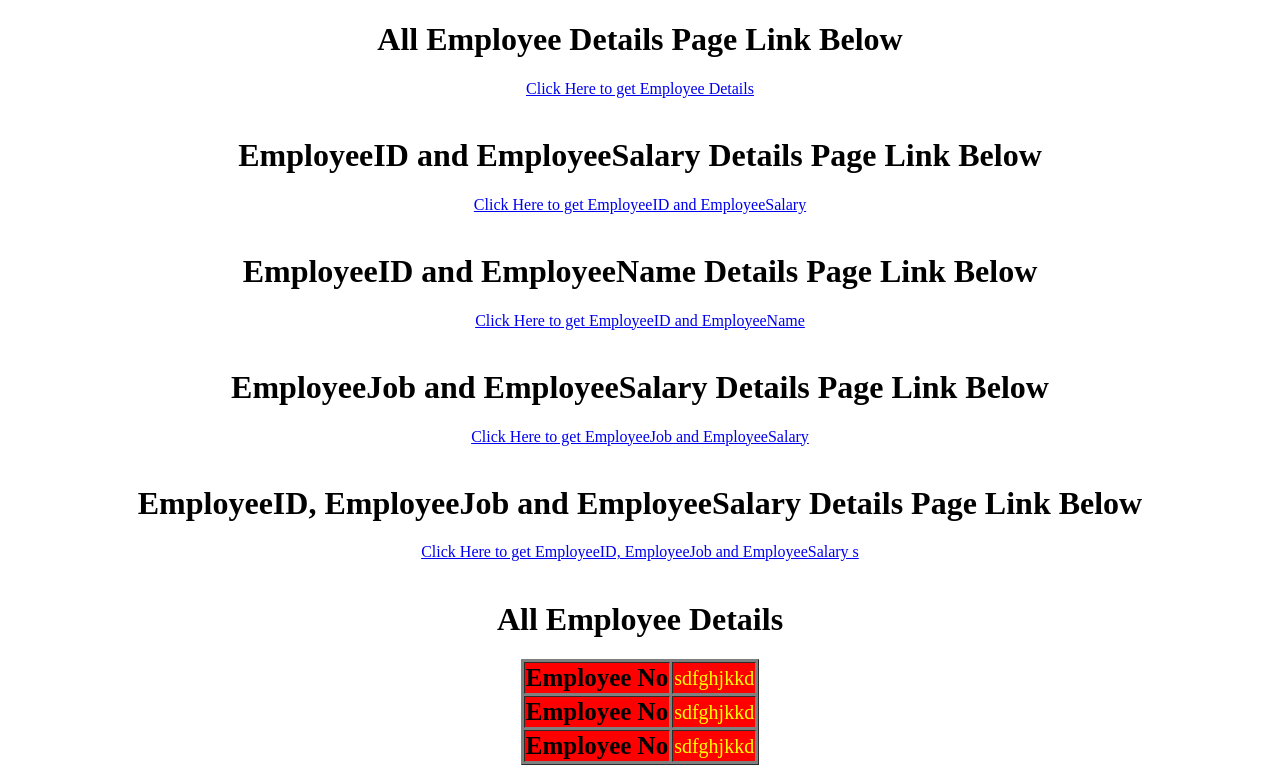
Repository: RhutujaBD/SpringMVCSession
Page: http://localhost/Spring-MVC-JDBCTemplate/WEB-INF/pages/home.jsp
These files come from the project's save history. The page is drawn as it stood at one moment and after the next save; the edit follows.
The browser window is 1280 px wide. The pictures show the whole page.
The page is served by Tomcat 9. Nobody is signed in. The template is opened directly, without the code that normally fills it, so the values that code supplies are empty.

Above is the page before, as saved 2023-03-29 10:56:02.

After the next save:
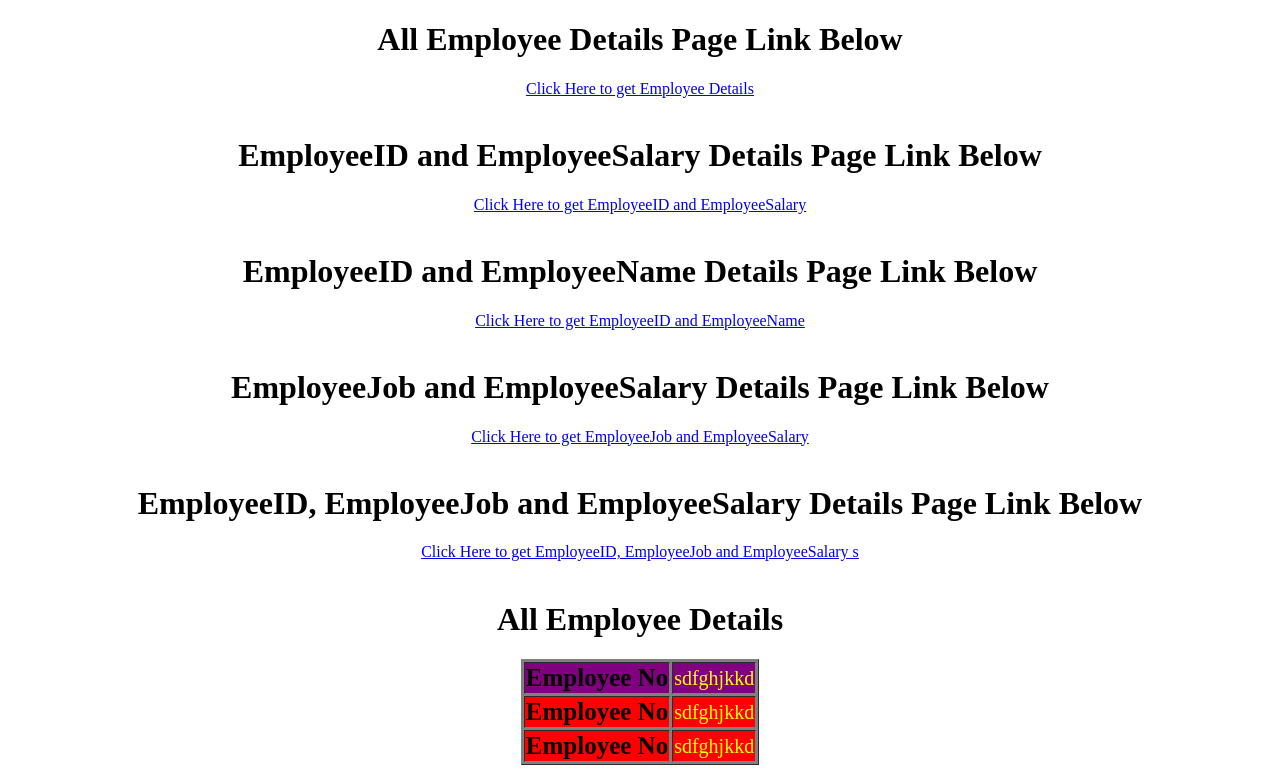
Saved 23 s later.
--- a/Spring-MVC-JDBCTemplate/src/main/webapp/WEB-INF/pages/home.jsp
+++ b/Spring-MVC-JDBCTemplate/src/main/webapp/WEB-INF/pages/home.jsp
@@ -42,7 +42,7 @@
 	<h1 align="center">All Employee Details</h1>
 	<table border="1" bgcolor="grey" align="center">
 
-		<tr bgcolor="red" bordercolor="black">
+		<tr bgcolor="purple" bordercolor="black">
 
 			<th>Employee No</th>
 			<td>sdfghjkkd</td>
